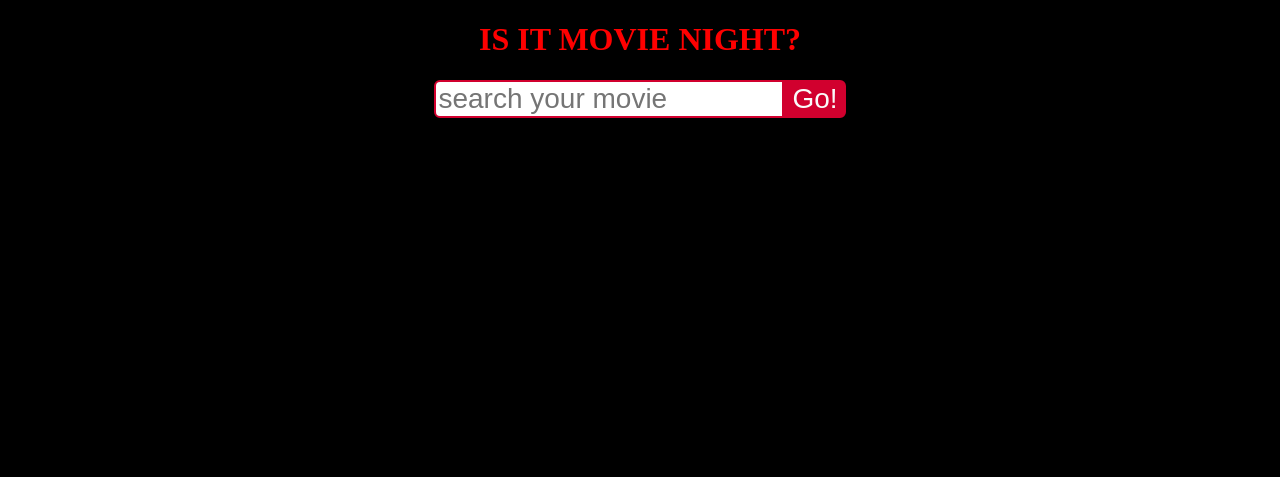
Repository: runner855/movies-app
Page: /
These files come from the project's save history. The page is drawn as it stood at one moment and after the next save; the edit follows.
The browser window is 1280 px wide. The pictures show the whole page.
The project was rebuilt for these pictures with package versions that can differ from the ones it lists, and the page was loaded fresh each time. Also part of the build but not shown: src/styles/App.css.

Above is the page before, as saved 2021-06-17 12:00:59.

### src/index.js
import React from "react";
import ReactDOM from "react-dom";
import "./styles/index.css";
import App from "./components/App";
import { movies } from "./data/data.json";

ReactDOM.render(
  <React.StrictMode>
    <App movies={movies} />
  </React.StrictMode>,
  document.getElementById("root")
);

### src/styles/index.css
@font-face {
  font-family: "BebasNeue";
  src: url("../fonts/BebasNeue.otf") format("otf");
}
* {
  box-sizing: border-box;
}

body {
  margin: 0;
  padding: 0;
  font-family: "BebasNeue", sans-serif;
  background-color: #000;
}

### src/components/App.js
import React from "react";
import "../styles/App.css";
import PropTypes from "prop-types";
import Header from "../components/header";
import Search from "../components/Search";
import MovieSummaries from "./MovieSummaries";

const App = ({ movies }) => {
  return (
    <div className="Movie">
      <Header />
      <Search />
      <MovieSummaries movies={movies} />
    </div>
  );
};

export default App;

App.propTypes = {
  movies: PropTypes.arrayOf(
    PropTypes.shape({
      Title: PropTypes.string,
      Poster: PropTypes.string,
      Year: PropTypes.number,
    })
  ),
};

### src/data/data.json
{
  "movies": [
    {
      "Title": "Avatar",
      "Year": "2009",
      "Rated": "PG-13",
      "Released": "18 Dec 2009",
      "Runtime": "162 min",
      "Genre": "Action, Adventure, Fantasy",
      "Director": "James Cameron",
      "Writer": "James Cameron",
      "Actors": "Sam Worthington, Zoe Saldana, Sigourney Weaver, Stephen Lang",
      "Plot": "A paraplegic marine dispatched to the moon Pandora on a unique mission becomes torn between following his orders and protecting the world he feels is his home.",
      "Language": "English, Spanish",
      "Country": "USA, UK",
      "Awards": "Won 3 Oscars. Another 80 wins & 121 nominations.",
      "Poster": "http://ia.media-imdb.com/images/M/MV5BMTYwOTEwNjAzMl5BMl5BanBnXkFtZTcwODc5MTUwMw@@._V1_SX300.jpg",
      "Metascore": "83",
      "imdbRating": "7.9",
      "imdbVotes": "890,617",
      "imdbID": "tt0499549",
      "Type": "movie",
      "Response": "True",
      "Images": [
        "https://images-na.ssl-images-amazon.com/images/M/MV5BMjEyOTYyMzUxNl5BMl5BanBnXkFtZTcwNTg0MTUzNA@@._V1_SX1500_CR0,0,1500,999_AL_.jpg",
        "https://images-na.ssl-images-amazon.com/images/M/MV5BNzM2MDk3MTcyMV5BMl5BanBnXkFtZTcwNjg0MTUzNA@@._V1_SX1777_CR0,0,1777,999_AL_.jpg",
        "https://images-na.ssl-images-amazon.com/images/M/MV5BMTY2ODQ3NjMyMl5BMl5BanBnXkFtZTcwODg0MTUzNA@@._V1_SX1777_CR0,0,1777,999_AL_.jpg",
        "https://images-na.ssl-images-amazon.com/images/M/MV5BMTMxOTEwNDcxN15BMl5BanBnXkFtZTcwOTg0MTUzNA@@._V1_SX1777_CR0,0,1777,999_AL_.jpg",
        "https://images-na.ssl-images-amazon.com/images/M/MV5BMTYxMDg1Nzk1MV5BMl5BanBnXkFtZTcwMDk0MTUzNA@@._V1_SX1500_CR0,0,1500,999_AL_.jpg"
      ]
    },
    {
      "Title": "I Am Legend",
      "Year": "2007",
      "Rated": "PG-13",
      "Released": "14 Dec 2007",
      "Runtime": "101 min",
      "Genre": "Drama, Horror, Sci-Fi",
      "Director": "Francis Lawrence",
      "Writer": "Mark Protosevich (screenplay), Akiva Goldsman (screenplay), Richard Matheson (novel), John William Corrington, Joyce Hooper Corrington",
      "Actors": "Will Smith, Alice Braga, Charlie Tahan, Salli Richardson-Whitfield",
      "Plot": "Years after a plague kills most of humanity and transforms the rest into monsters, the sole survivor in New York City struggles valiantly to find a cure.",
      "Language": "English",
      "Country": "USA",
      "Awards": "9 wins & 21 nominations.",
      "Poster": "http://ia.media-imdb.com/images/M/MV5BMTU4NzMyNDk1OV5BMl5BanBnXkFtZTcwOTEwMzU1MQ@@._V1_SX300.jpg",
      "Metascore": "65",
      "imdbRating": "7.2",
      "imdbVotes": "533,874",
      "imdbID": "tt0480249",
      "Type": "movie",
      "Response": "True",
      "Images": [
        "https://images-na.ssl-images-amazon.com/images/M/MV5BMTI0NTI4NjE3NV5BMl5BanBnXkFtZTYwMDA0Nzc4._V1_.jpg",
        "https://images-na.ssl-images-amazon.com/images/M/MV5BMTIwMDg2MDU4M15BMl5BanBnXkFtZTYwMTA0Nzc4._V1_.jpg",
        "https://images-na.ssl-images-amazon.com/images/M/MV5BMTc5MDM1OTU5OV5BMl5BanBnXkFtZTYwMjA0Nzc4._V1_.jpg",
        "https://images-na.ssl-images-amazon.com/images/M/MV5BMTA0MTI2NjMzMzFeQTJeQWpwZ15BbWU2MDMwNDc3OA@@._V1_.jpg"
      ]
    },
    {
      "Title": "300",
      "Year": "2006",
      "Rated": "R",
      "Released": "09 Mar 2007",
      "Runtime": "117 min",
      "Genre": "Action, Drama, Fantasy",
      "Director": "Zack Snyder",
      "Writer": "Zack Snyder (screenplay), Kurt Johnstad (screenplay), Michael Gordon (screenplay), Frank Miller (graphic novel), Lynn Varley (graphic novel)",
      "Actors": "Gerard Butler, Lena Headey, Dominic West, David Wenham",
      "Plot": "King Leonidas of Sparta and a force of 300 men fight the Persians at Thermopylae in 480 B.C.",
      "Language": "English",
      "Country": "USA",
      "Awards": "16 wins & 42 nominations.",
      "Poster": "http://ia.media-imdb.com/images/M/MV5BMjAzNTkzNjcxNl5BMl5BanBnXkFtZTYwNDA4NjE3._V1_SX300.jpg",
      "Metascore": "52",
      "imdbRating": "7.7",
      "imdbVotes": "611,046",
      "imdbID": "tt0416449",
      "Type": "movie",
      "Response": "True",
      "Images": [
        "https://images-na.ssl-images-amazon.com/images/M/MV5BMTMwNTg5MzMwMV5BMl5BanBnXkFtZTcwMzA2NTIyMw@@._V1_SX1777_CR0,0,1777,937_AL_.jpg",
        "https://images-na.ssl-images-amazon.com/images/M/MV5BMTQwNTgyNTMzNF5BMl5BanBnXkFtZTcwNDA2NTIyMw@@._V1_SX1777_CR0,0,1777,935_AL_.jpg",
        "https://images-na.ssl-images-amazon.com/images/M/MV5BMTc0MjQzOTEwMV5BMl5BanBnXkFtZTcwMzE2NTIyMw@@._V1_SX1777_CR0,0,1777,947_AL_.jpg"
      ]
    },
    {
      "Title": "The Avengers",
      "Year": "2012",
      "Rated": "PG-13",
      "Released": "04 May 2012",
      "Runtime": "143 min",
      "Genre": "Action, Sci-Fi, Thriller",
      "Director": "Joss Whedon",
      "Writer": "Joss Whedon (screenplay), Zak Penn (story), Joss Whedon (story)",
      "Actors": "Robert Downey Jr., Chris Evans, Mark Ruffalo, Chris Hemsworth",
      "Plot": "Earth's mightiest heroes must come together and learn to fight as a team if they are to stop the mischievous Loki and his alien army from enslaving humanity.",
      "Language": "English, Russian",
      "Country": "USA",
      "Awards": "Nominated for 1 Oscar. Another 34 wins & 75 nominations.",
      "Poster": "http://ia.media-imdb.com/images/M/MV5BMTk2NTI1MTU4N15BMl5BanBnXkFtZTcwODg0OTY0Nw@@._V1_SX300.jpg",
      "Metascore": "69",
      "imdbRating": "8.1",
      "imdbVotes": "1,003,301",
      "imdbID": "tt0848228",
      "Type": "movie",
      "Response": "True",
      "Images": [
        "https://images-na.ssl-images-amazon.com/images/M/MV5BMTA0NjY0NzE4OTReQTJeQWpwZ15BbWU3MDczODg2Nzc@._V1_SX1777_CR0,0,1777,999_AL_.jpg",
        "https://images-na.ssl-images-amazon.com/images/M/MV5BMjE1MzEzMjcyM15BMl5BanBnXkFtZTcwNDM4ODY3Nw@@._V1_SX1777_CR0,0,1777,999_AL_.jpg",
        "https://images-na.ssl-images-amazon.com/images/M/MV5BMjMwMzM2MTg1M15BMl5BanBnXkFtZTcwNjM4ODY3Nw@@._V1_SX1777_CR0,0,1777,999_AL_.jpg",
        "https://images-na.ssl-images-amazon.com/images/M/MV5BMTQ4NzM2Mjc5MV5BMl5BanBnXkFtZTcwMTkwOTY3Nw@@._V1_SX1777_CR0,0,1777,999_AL_.jpg",
        "https://images-na.ssl-images-amazon.com/images/M/MV5BMTc3MzQ3NjA5N15BMl5BanBnXkFtZTcwMzY5OTY3Nw@@._V1_SX1777_CR0,0,1777,999_AL_.jpg"
      ]
    },
    {
      "Title": "The Wolf of Wall Street",
      "Year": "2013",
      "Rated": "R",
      "Released": "25 Dec 2013",
      "Runtime": "180 min",
      "Genre": "Biography, Comedy, Crime",
      "Director": "Martin Scorsese",
      "Writer": "Terence Winter (screenplay), Jordan Belfort (book)",
      "Actors": "Leonardo DiCaprio, Jonah Hill, Margot Robbie, Matthew McConaughey",
      "Plot": "Based on the true story of Jordan Belfort, from his rise to a wealthy stock-broker living the high life to his fall involving crime, corruption and the federal government.",
      "Language": "English, French",
      "Country": "USA",
      "Awards": "Nominated for 5 Oscars. Another 35 wins & 154 nominations.",
      "Poster": "http://ia.media-imdb.com/images/M/MV5BMjIxMjgxNTk0MF5BMl5BanBnXkFtZTgwNjIyOTg2MDE@._V1_SX300.jpg",
      "Metascore": "75",
      "imdbRating": "8.2",
      "imdbVotes": "786,985",
      "imdbID": "tt0993846",
      "Type": "movie",
      "Response": "True",
      "Images": [
        "https://images-na.ssl-images-amazon.com/images/M/MV5BNDIwMDIxNzk3Ml5BMl5BanBnXkFtZTgwMTg0MzQ4MDE@._V1_SX1500_CR0,0,1500,999_AL_.jpg",
        "https://images-na.ssl-images-amazon.com/images/M/MV5BMTc0NzAxODAyMl5BMl5BanBnXkFtZTgwMDg0MzQ4MDE@._V1_SX1500_CR0,0,1500,999_AL_.jpg",
        "https://images-na.ssl-images-amazon.com/images/M/MV5BMTExMDk1MDE4NzVeQTJeQWpwZ15BbWU4MDM4NDM0ODAx._V1_SX1500_CR0,0,1500,999_AL_.jpg",
        "https://images-na.ssl-images-amazon.com/images/M/MV5BMTg3MTY4NDk4Nl5BMl5BanBnXkFtZTgwNjc0MzQ4MDE@._V1_SX1500_CR0,0,1500,999_AL_.jpg",
        "https://images-na.ssl-images-amazon.com/images/M/MV5BMTgzMTg4MDI0Ml5BMl5BanBnXkFtZTgwOTY0MzQ4MDE@._V1_SY1000_CR0,0,1553,1000_AL_.jpg"
      ]
    },
    {
      "Title": "Interstellar",
      "Year": "2014",
      "Rated": "PG-13",
      "Released": "07 Nov 2014",
      "Runtime": "169 min",
      "Genre": "Adventure, Drama, Sci-Fi",
      "Director": "Christopher Nolan",
      "Writer": "Jonathan Nolan, Christopher Nolan",
      "Actors": "Ellen Burstyn, Matthew McConaughey, Mackenzie Foy, John Lithgow",
      "Plot": "A team of explorers travel through a wormhole in space in an attempt to ensure humanity's survival.",
      "Language": "English",
      "Country": "USA, UK",
      "Awards": "Won 1 Oscar. Another 39 wins & 134 nominations.",
      "Poster": "http://ia.media-imdb.com/images/M/MV5BMjIxNTU4MzY4MF5BMl5BanBnXkFtZTgwMzM4ODI3MjE@._V1_SX300.jpg",
      "Metascore": "74",
      "imdbRating": "8.6",
      "imdbVotes": "937,412",
      "imdbID": "tt0816692",
      "Type": "movie",
      "Response": "True",
      "Images": [
        "https://images-na.ssl-images-amazon.com/images/M/MV5BMjA3NTEwOTMxMV5BMl5BanBnXkFtZTgwMjMyODgxMzE@._V1_SX1500_CR0,0,1500,999_AL_.jpg",
        "https://images-na.ssl-images-amazon.com/images/M/MV5BMzQ5ODE2MzEwM15BMl5BanBnXkFtZTgwMTMyODgxMzE@._V1_SX1500_CR0,0,1500,999_AL_.jpg",
        "https://images-na.ssl-images-amazon.com/images/M/MV5BMTg4Njk4MzY0Nl5BMl5BanBnXkFtZTgwMzIyODgxMzE@._V1_SX1500_CR0,0,1500,999_AL_.jpg",
        "https://images-na.ssl-images-amazon.com/images/M/MV5BMzE3MTM0MTc3Ml5BMl5BanBnXkFtZTgwMDIyODgxMzE@._V1_SX1500_CR0,0,1500,999_AL_.jpg",
        "https://images-na.ssl-images-amazon.com/images/M/MV5BNjYzNjE2NDk3N15BMl5BanBnXkFtZTgwNzEyODgxMzE@._V1_SX1500_CR0,0,1500,999_AL_.jpg"
      ]
    },
    {
      "ComingSoon": true,
      "Title": "Doctor Strange",
      "Year": "2016",
      "Rated": "N/A",
      "Released": "04 Nov 2016",
      "Runtime": "N/A",
      "Genre": "Action, Adventure, Fantasy",
      "Director": "Scott Derrickson",
      "Writer": "Scott Derrickson (screenplay), C. Robert Cargill (screenplay), Jon Spaihts (story by), Scott Derrickson (story by), C. Robert Cargill (story by), Steve Ditko (comic book)",
      "Actors": "Rachel McAdams, Benedict Cumberbatch, Mads Mikkelsen, Tilda Swinton",
      "Plot": "After his career is destroyed, a brilliant but arrogant and conceited surgeon gets a new lease on life when a sorcerer takes him under her wing and trains him to defend the world against evil.",
      "Language": "English",
      "Country": "USA",
      "Awards": "N/A",
      "Poster": "http://ia.media-imdb.com/images/M/MV5BNjgwNzAzNjk1Nl5BMl5BanBnXkFtZTgwMzQ2NjI1OTE@._V1_SX300.jpg",
      "Metascore": "N/A",
      "imdbRating": "N/A",
      "imdbVotes": "N/A",
      "imdbID": "tt1211837",
      "Type": "movie",
      "Response": "True",
      "Images": [
        "https://images-na.ssl-images-amazon.com/images/M/MV5BMjM3ODc1ODI5Ml5BMl5BanBnXkFtZTgwODMzMDY3OTE@._V1_.jpg",
        "https://images-na.ssl-images-amazon.com/images/M/MV5BMTgxNTAyNTU0NV5BMl5BanBnXkFtZTgwNzMzMDY3OTE@._V1_.jpg",
        "https://images-na.ssl-images-amazon.com/images/M/MV5BMjE5NDc5NzUwNV5BMl5BanBnXkFtZTgwMDM3MDM2NzE@._V1_.jpg"
      ]
    },
    {
      "ComingSoon": true,
      "Title": "Rogue One: A Star Wars Story",
      "Year": "2016",
      "Rated": "N/A",
      "Released": "16 Dec 2016",
      "Runtime": "N/A",
      "Genre": "Action, Adventure, Sci-Fi",
      "Director": "Gareth Edwards",
      "Writer": "Chris Weitz (screenplay), Tony Gilroy (screenplay), John Knoll (story), Gary Whitta (story), George Lucas (characters)",
      "Actors": "Felicity Jones, Riz Ahmed, Mads Mikkelsen, Ben Mendelsohn",
      "Plot": "The Rebellion makes a risky move to steal the plans to the Death Star, setting up the epic saga to follow.",
      "Language": "English",
      "Country": "USA",
      "Awards": "1 nomination.",
      "Poster": "https://images-na.ssl-images-amazon.com/images/M/MV5BMjQyMzI2OTA3OF5BMl5BanBnXkFtZTgwNDg5NjQ0OTE@._V1_SY1000_CR0,0,674,1000_AL_.jpg",
      "Metascore": "N/A",
      "imdbRating": "N/A",
      "imdbVotes": "N/A",
      "imdbID": "tt3748528",
      "Type": "movie",
      "Response": "True",
      "Images": [
        "https://images-na.ssl-images-amazon.com/images/M/MV5BMjE3MzA4Nzk3NV5BMl5BanBnXkFtZTgwNjAxMTc1ODE@._V1_SX1777_CR0,0,1777,744_AL_.jpg",
        "https://images-na.ssl-images-amazon.com/images/M/MV5BNDMxMTQzMjQxM15BMl5BanBnXkFtZTgwNzAxMTc1ODE@._V1_SX1777_CR0,0,1777,744_AL_.jpg",
        "https://images-na.ssl-images-amazon.com/images/M/MV5BMTUyNjkxOTk5NV5BMl5BanBnXkFtZTgwODAxMTc1ODE@._V1_SX1777_CR0,0,1777,744_AL_.jpg",
        "https://images-na.ssl-images-amazon.com/images/M/MV5BNjM4MzExNDAyNl5BMl5BanBnXkFtZTgwOTAxMTc1ODE@._V1_SX1777_CR0,0,1777,744_AL_.jpg",
        "https://images-na.ssl-images-amazon.com/images/M/MV5BMjE3NTgxMDcyNV5BMl5BanBnXkFtZTgwMDExMTc1ODE@._V1_SX1777_CR0,0,1777,744_AL_.jpg"
      ]
    },
    {
      "ComingSoon": true,
      "Title": "Assassin's Creed",
      "Year": "2016",
      "Rated": "N/A",
      "Released": "21 Dec 2016",
      "Runtime": "N/A",
      "Genre": "Action, Adventure, Fantasy",
      "Director": "Justin Kurzel",
      "Writer": "Bill Collage (screenplay), Adam Cooper (screenplay), Michael Lesslie (screenplay)",
      "Actors": "Michael Fassbender, Michael Kenneth Williams, Marion Cotillard, Jeremy Irons",
      "Plot": "When Callum Lynch explores the memories of his ancestor Aguilar and gains the skills of a Master Assassin, he discovers he is a descendant of the secret Assassins society.",
      "Language": "English",
      "Country": "UK, France, USA, Hong Kong",
      "Awards": "N/A",
      "Poster": "http://ia.media-imdb.com/images/M/MV5BMTU2MTQwMjU1OF5BMl5BanBnXkFtZTgwMDA5NjU5ODE@._V1_SX300.jpg",
      "Metascore": "N/A",
      "imdbRating": "N/A",
      "imdbVotes": "N/A",
      "imdbID": "tt2094766",
      "Type": "movie",
      "Response": "True",
      "Images": [
        "https://images-na.ssl-images-amazon.com/images/M/MV5BN2EyYzgyOWEtNTY2NS00NjRjLWJiNDYtMWViMjg5MWZjYjgzXkEyXkFqcGdeQXVyNjUwNzk3NDc@._V1_.jpg",
        "https://images-na.ssl-images-amazon.com/images/M/MV5BMTYwOWYzOTctOTc4My00ZmJkLTgzMTctMmUxNDI5ODQzYzNjXkEyXkFqcGdeQXVyNDAyODU1Njc@._V1_SX1500_CR0,0,1500,999_AL_.jpg",
        "https://images-na.ssl-images-amazon.com/images/M/MV5BZTY5ZGUxMTAtYTU0OC00NGQ2LTkzNzgtZGZmNjlmNjY3MGU0XkEyXkFqcGdeQXVyNTY0MTkxMTg@._V1_SY1000_CR0,0,1500,1000_AL_.jpg",
        "https://images-na.ssl-images-amazon.com/images/M/MV5BZjA0MWYwZTEtYzc5Yi00NGM2LTg1YTctNjY2YzQ0NDJhZDAwXkEyXkFqcGdeQXVyNDAyODU1Njc@._V1_SY1000_CR0,0,1499,1000_AL_.jpg"
      ]
    }
  ]
}

### src/components/header.js
import React from "react";
import "../styles/header.css";

const header = () => {
  return (
    <>
      <h1>IS IT MOVIE NIGHT?</h1>
    </>
  );
};

export default header;

### src/components/Search.js
import React from "react";
import "../styles/Search.css";

const Search = () => {
  return (
    <>
      <form className="search-form">
        <input
          placeholder="search your movie"
          className="search-input"
          type="text"
        />
        <button className="search-btn" type="submit">
          Go!
        </button>
      </form>
    </>
  );
};

export default Search;

### src/components/MovieSummaries.js
import React from "react";
import PropTypes from "prop-types";
import MovieSummary from "../components/MovieSummary";

const MovieSummaries = ({ movies }) => {
  return (
    <div className="Movie-summaries">
      {movies.map((movie) => (
        <MovieSummary
          key={movie.Title}
          Poster={movie.Poster}
          Year={movie.Year}
        />
      ))}
    </div>
  );
};

export default MovieSummaries;

### src/styles/header.css
h1 {
  font-family: "BebasNeue";
  color: red;
  font-weight: bold;
  text-align: center;
}

### src/styles/Search.css
.App {
  display: flex;
  flex-direction: column;
}

.app-ui {
  display: grid;
  grid-template-columns: repeat(auto-fit, min-max(384px, 2fr));
  grid-gap: 16px;
}

.search-input {
  width: 350px;
  background: #fff;
  border: 2px solid #d1002e;
  font-size: 28px;
  display: inline-block;
  outline: none;
  border-radius: 6px 0 0 6px;
}

.search-input {
  grid-column-start: 1;
  grid-column-end: -1;
}

.search-input input {
  width: 100%;
  box-sizing: border-box;
  justify-content: center;
}

.search-form {
  display: flex;
  flex-direction: row;
  justify-content: center;
  text-decoration: none;
}

.search-btn {
  position: relative;
  border: 2px solid #d1002e;
  background-color: #d1002e;
  color: #fafafa;
  font-size: 28px;
  display: inline-block;
  outline: none;
  border-radius: 0 6px 6px 0;
}

### src/components/MovieSummary.js
import React from "react";

const MovieSummary = (props) => {
  const { Title, Poster, Year } = props;

  return (
    <div className="Movie-summary">
      <div className="Movie-summary_title">{Title}</div>
      <div className="Movie-summary_Poster">{Poster}</div>
      <div className="Movie-summary_year">{Year}</div>
    </div>
  );
};

export default MovieSummary;

Loaded but not shown: public/index.html (common file)

After the next save:
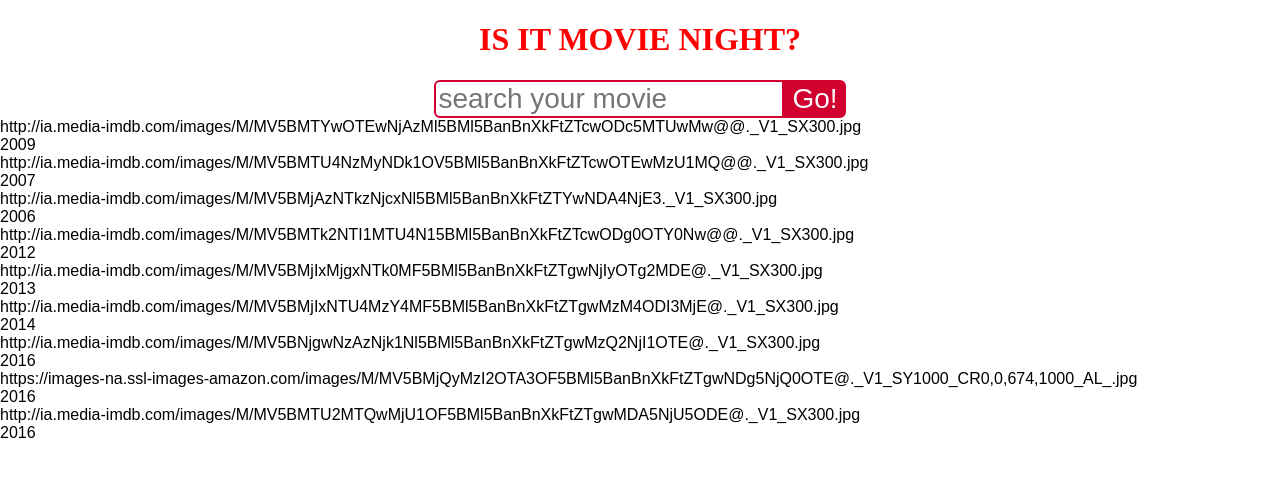
Saved 34 s later.
--- a/src/styles/index.css
+++ b/src/styles/index.css
@@ -10,5 +10,5 @@
   margin: 0;
   padding: 0;
   font-family: "BebasNeue", sans-serif;
-  background-color: #000;
+  /* background-color: #000; */
 }
